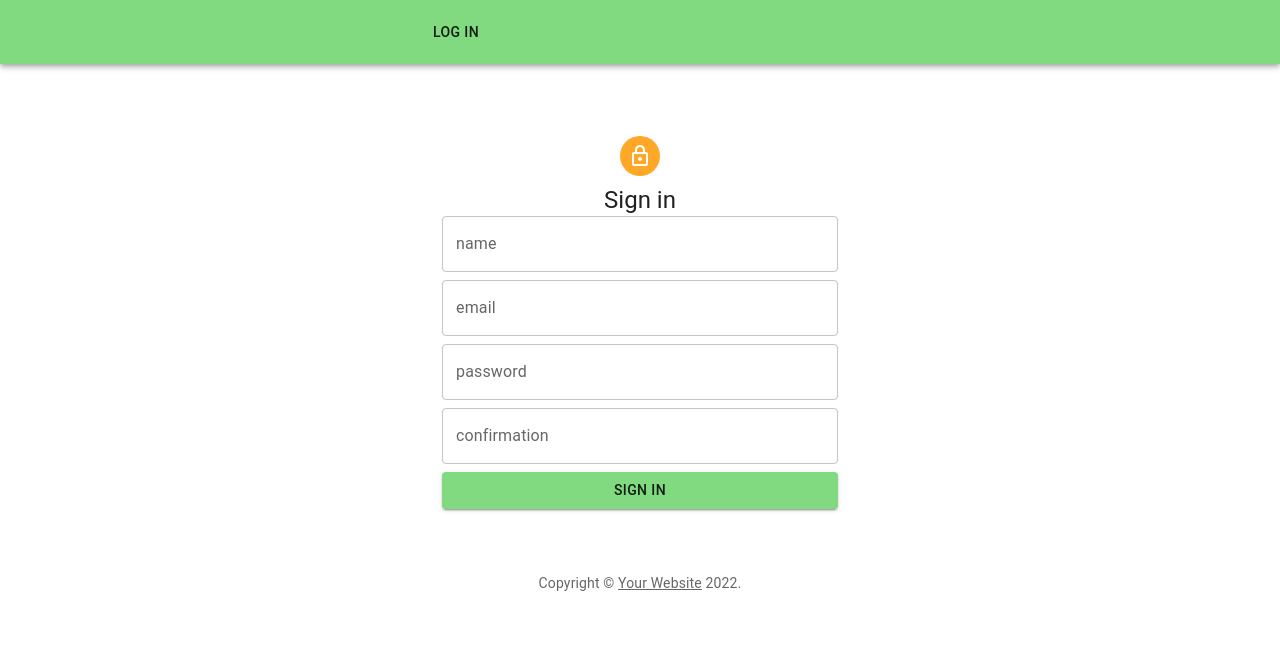
Repository: motohiro0410/motsufood
Page: /signin (app in frontend/)
The author's editor kept a copy of each file at every save. The page is drawn from the files as they stood at one save, then again after the next save.
The browser window is 1280 px wide. The pictures show the whole page.
The project was rebuilt for these pictures with package versions that can differ from the ones it lists, and the page was loaded fresh each time. Also part of the build but not shown: frontend/src/components/pages/Login.tsx, frontend/src/components/organisms/Footer.tsx, frontend/src/components/organisms/MainHeader.tsx, frontend/src/components/organisms/UserDetailModal.tsx, frontend/src/apis/useCreateCount.ts, frontend/src/components/pages/Count.tsx, frontend/src/components/pages/Money.tsx, frontend/src/components/organisms/GroupHeader.tsx and 8 more.

Above is the page before, as saved 2022-08-21 23:45:59.

After the next save:
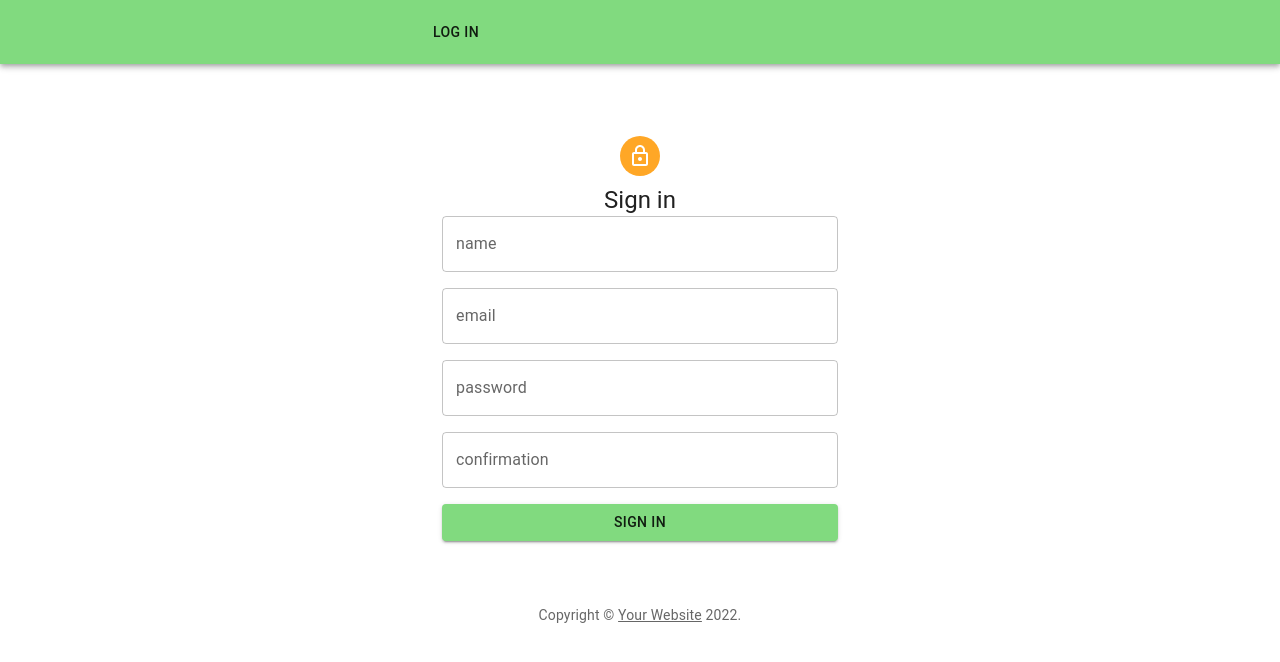
Saved 20 s later.
--- a/frontend/src/components/pages/SignIn.tsx
+++ b/frontend/src/components/pages/SignIn.tsx
@@ -57,7 +57,7 @@ export const SignIn = () => {
             <Typography component="h1" variant="h5">
               Sign in
             </Typography>
-            <Stack component="form" width="100%" onSubmit={handleSubmit} noValidate spacing={1} >
+            <Stack component="form" width="100%" onSubmit={handleSubmit} noValidate spacing={2} >
               {/* <TextField
                 margin="normal"
                 required
